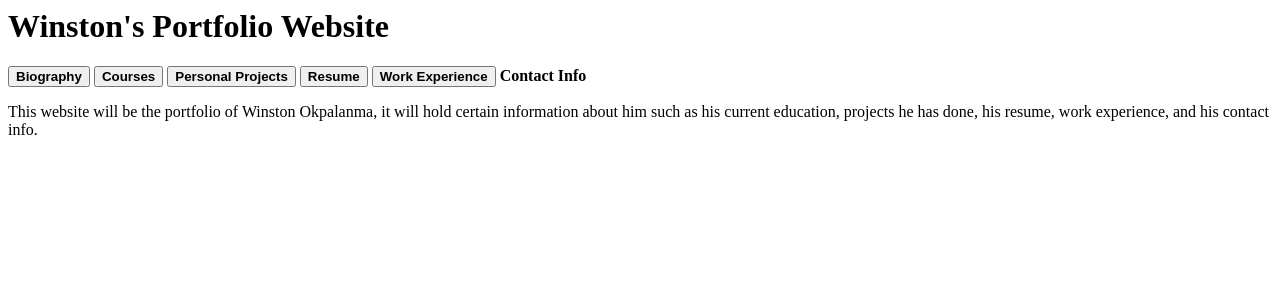
Repository: wokpalanma2020/portfolio
Page: index.html
The author's editor kept a record of every edit. The page is drawn from the files as they stood at one moment, then again after the next edit.
The browser window is 1280 px wide. The pictures show the whole page.

Above is the page before.

After the next edit:
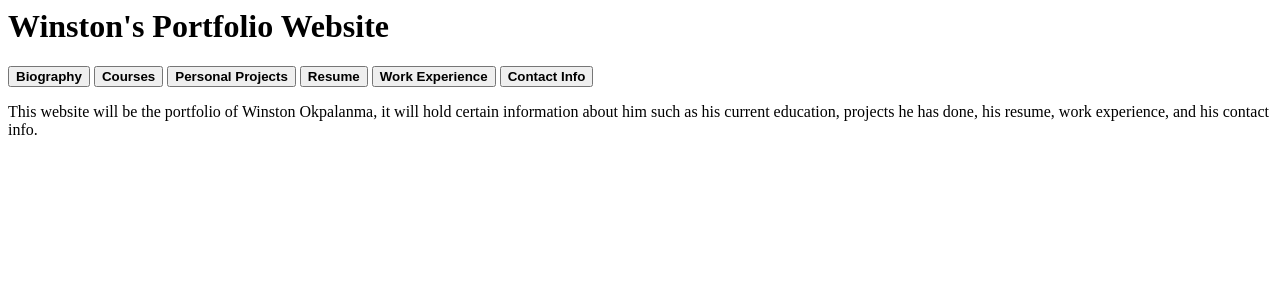
The edit:
--- a/index.html
+++ b/index.html
@@ -38,7 +38,9 @@
       </l1>
 
       <l1>
-        <b>Contact Info </b>
+        <button>
+          <b>Contact Info </b>
+        </button>
       </l1>
     </u1>
 
